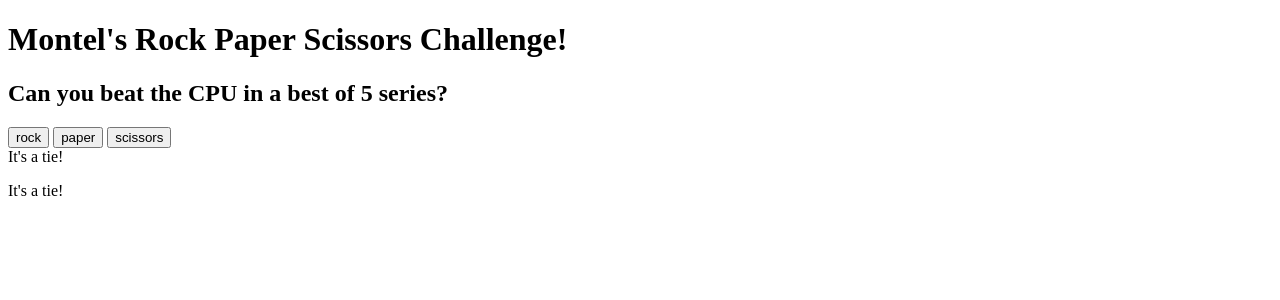
Repository: mnhardy1504/odin-recipes1
Page: repos/member-montel-rockpaperscissors/index.html
These files come from the project's save history. The page is drawn as it stood at one moment and after the next save; the edit follows.
The browser window is 1280 px wide. The pictures show the whole page.
After loading, the first visible `button` was clicked once.

Above is the page before, as saved 2023-11-02 18:23:38.

### repos/member-montel-rockpaperscissors/index.html
<!DOCTYPE html>
<html>
<head>
  <meta charset="UTF-8">
  <title>Page Title</title>
  <script src="index.js"></script>
</head>
<body>
  <h1> Montel's Rock Paper Scissors Challenge! </h1>
  <h2> Can you beat the CPU in a best of 5 series? </h2>
<button onclick="playRound('rock', getComputerChoice())">rock</button>
<button onclick="playRound('paper', getComputerChoice())">paper</button>
<button onclick="playRound('scissors', getComputerChoice())">scissors</button>
 <div id="reply">Outcome</div>
 <div id="logs"></div>

</body>
</html>

### repos/member-montel-rockpaperscissors/index.js
function getComputerChoice() {
    const choices = ['rock', 'paper', 'scissors'];
    const randomIndex = Math.floor(Math.random() * choices.length);
    return choices[randomIndex];
  }

  function playRound(playerSelection, computerSelection) {
    playerSelection = playerSelection.toLowerCase();
    ('executing playRound' + playerSelection + computerSelection);
  var reply = ""
    if (playerSelection === 'rock' && computerSelection === 'scissors') {
      reply = 'You Win! Rock beats Scissors';
    } else if (playerSelection === 'paper' && computerSelection === 'rock') {
      reply = 'You Win! Paper beats Rock';
    } else if (playerSelection === 'scissors' && computerSelection === 'paper') {
      reply = 'You Win! Scissors beats Paper';
    } else if (playerSelection === computerSelection) {
      reply = "It's a tie!";
    } else {
      reply =`You Lose! ${computerSelection} beats ${playerSelection}`;
    }

      const outputElement = document.getElementById('reply');
      //reply = "This message will appear in the DOM.";
      outputElement.textContent = reply;

   log(reply);
  }

  function game() {
    let playerScore = 0;
    let computerScore = 0;
var result = ""

    for (let round = 1; round <= 5; round++) {
      const playerChoice = prompt('Round ' + round + ': Enter your choice (Rock, Paper, or Sc issors):');
      const computerChoice = getComputerChoice();

      const roundResult = playRound(playerChoice, computerChoice);
      console.log(roundResult);

      if (roundResult.includes('You Win!')) {
        playerScore++;
      } else if (roundResult.includes('You lose, better luck next time!')) {
        computerScore++;
      }
      log(result)
    }

    console.log('Game Over!');
    console.log('Player Score: ' + playerScore);
    console.log('Computer Score: ' + computerScore);

    if (playerScore > computerScore) {
      console.log('Congratulations! You win the game!');
    } else if (playerScore < computerScore) {
      console.log('Sorry, you lose the game.');
    } else {
      console.log("It's a tie game.");
    }
  }

  function log(text){
    const logsDiv = document.getElementById("logs");
      const paragraph = document.createElement("p");
      paragraph.textContent = text;
      logsDiv.appendChild(paragraph);
  }
   //console.log(reply);
   // document.getElementById('answer').innerHTML=reply;

After the next save:
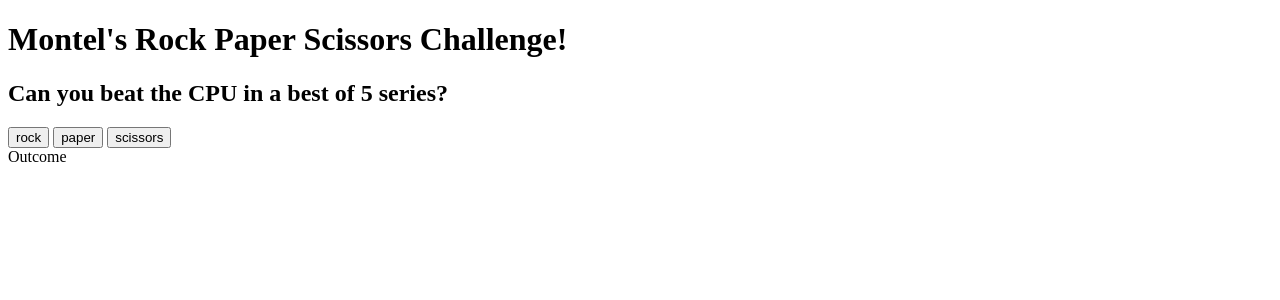
Console error: ReferenceError: outputElement is not defined
Saved 2 h 35 min later.
--- a/repos/member-montel-rockpaperscissors/index.js
+++ b/repos/member-montel-rockpaperscissors/index.js
@@ -20,17 +20,15 @@ function getComputerChoice() {
       reply =`You Lose! ${computerSelection} beats ${playerSelection}`;
     }
 
-      const outputElement = document.getElementById('reply');
-      //reply = "This message will appear in the DOM.";
       outputElement.textContent = reply;
-
-   log(reply);
+      log(reply);
+      return reply;
   }
 
   function game() {
     let playerScore = 0;
     let computerScore = 0;
-var result = ""
+    let result = ""
 
     for (let round = 1; round <= 5; round++) {
       const playerChoice = prompt('Round ' + round + ': Enter your choice (Rock, Paper, or Sc issors):');
@@ -41,30 +39,45 @@ var result = ""
 
       if (roundResult.includes('You Win!')) {
         playerScore++;
-      } else if (roundResult.includes('You lose, better luck next time!')) {
+    } else if (roundResult.includes('You Lose!')) {
         computerScore++;
-      }
-      log(result)
     }
 
-    console.log('Game Over!');
-    console.log('Player Score: ' + playerScore);
-    console.log('Computer Score: ' + computerScore);
+    // Update the running score on each round
+    updatePlayerScore(playerScore);
+    updateComputerScore(computerScore);
 
-    if (playerScore > computerScore) {
-      console.log('Congratulations! You win the game!');
-    } else if (playerScore < computerScore) {
-      console.log('Sorry, you lose the game.');
-    } else {
-      console.log("It's a tie game.");
+    // Announce a winner when one player reaches 5 points
+    if (playerScore === 5) {
+        result = 'Congratulations! You win the game!';
+        updateMessage(result);
+        break; // End the game
+    } else if (computerScore === 5) {
+        result = 'Sorry, you lose the game.';
+        updateMessage(result);
+        break; // End the game
     }
-  }
+}
+}
 
-  function log(text){
-    const logsDiv = document.getElementById("logs");
-      const paragraph = document.createElement("p");
-      paragraph.textContent = text;
-      logsDiv.appendChild(paragraph);
-  }
-   //console.log(reply);
-   // document.getElementById('answer').innerHTML=reply;
+function updateMessage(message) {
+const gameMessages = document.getElementById("result");
+gameMessages.textContent = message;
+}
+
+function updatePlayerScore(score) {
+const playerScoreElement = document.getElementById('playerscore');
+playerScoreElement.textContent = 'Player Score: ' + score;
+}
+
+function updateComputerScore(score) {
+const computerScoreElement = document.getElementById('computerscore');
+computerScoreElement.textContent = 'Computer Score: ' + score;
+}
+
+function log(text) {
+const logsDiv = document.getElementById("logs");
+const paragraph = document.createElement("p");
+paragraph.textContent = text;
+logsDiv.appendChild(paragraph);
+}
